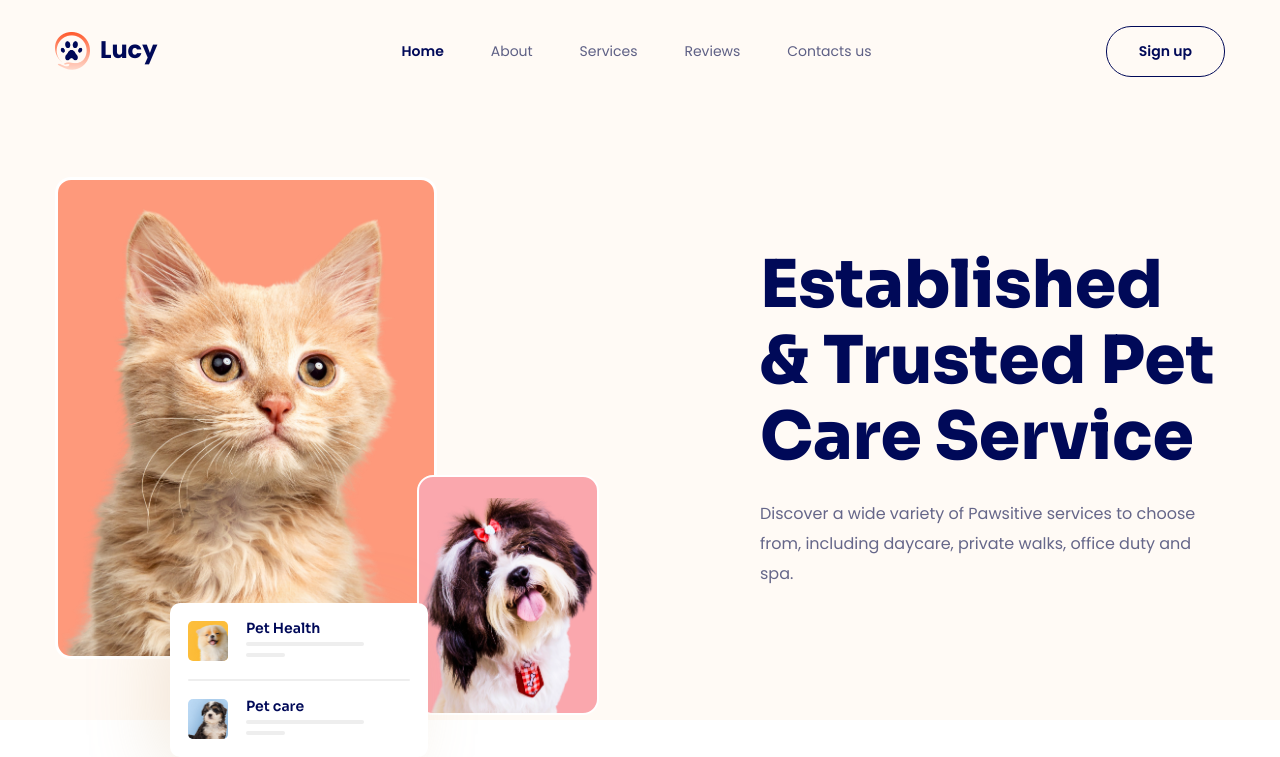
Repository: Cuongquaidan/F8projeact-04
Page: index.html
An editor plug-in stored every save of this project. The page is shown before and after the next save, followed by the edit.
The browser window is 1280 px wide. The pictures show the whole page.

Above is the page before, as saved 2023-04-15 09:56:20.

After the next save:
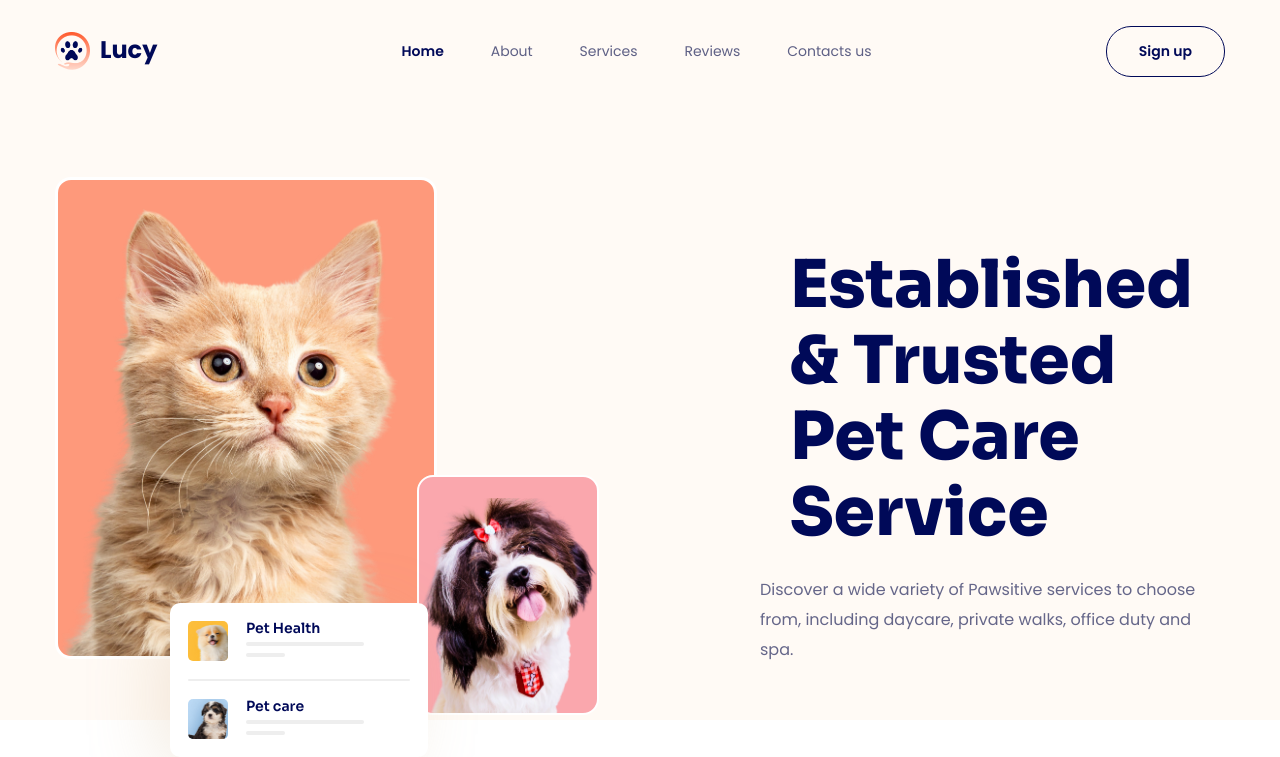
Saved 2 min 45 s later.
--- a/asset/css/styles.css
+++ b/asset/css/styles.css
@@ -229,4 +229,5 @@ a {
     font-size: 6.6rem;
     line-height: 76px;
     margin-bottom: 24px;
-}
+    margin-left: 30px;
+}
